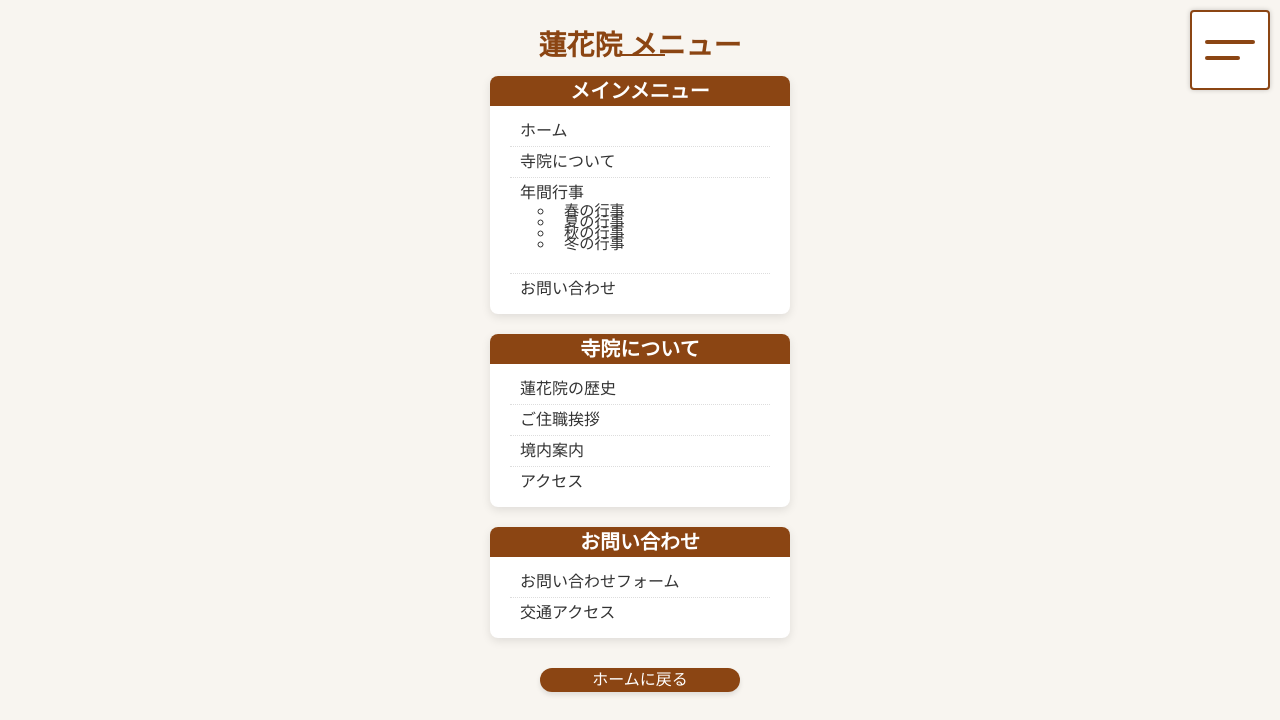
Repository: owl-onoueip/rengein-website
Page: menu.html
An editor plug-in stored every save of this project. The page is shown before and after the next save, followed by the edit.
The browser window is 1280 px wide. The pictures show the whole page.
Some web fonts or font styles are not loaded; a fallback is used.

Above is the page before, as saved 2025-03-09 16:41:57.

### menu.html
<!DOCTYPE html>
<html lang="ja">

<head>
    <meta charset="UTF-8">
    <meta name="viewport" content="width=device-width, initial-scale=1.0">
    <title>メニュー - 蓮花院</title>
    <link rel="stylesheet" href="css/style.css">
    <style>
        body {
            font-family: "ヒラギノ明朝 Pro W3", "Hiragino Mincho Pro", "游明朝", YuMincho, "MS P明朝", "MS PMincho", serif;
            margin: 0;
            padding: 0;
            background-color: #f8f5f0;
            color: #333;
            min-height: 100vh;
            display: flex;
            flex-direction: column;
            justify-content: center;
        }

        .menu-container {
            max-width: 1200px;
            margin: 0 auto;
            padding: 20px;
        }

        h1 {
            text-align: center;
            color: #8b4513;
            margin-bottom: 30px;
            font-size: 28px;
            position: relative;
        }

        h1:after {
            content: "";
            display: block;
            width: 50px;
            height: 2px;
            background-color: #8b4513;
            position: absolute;
            bottom: -10px;
            left: 50%;
            transform: translateX(-50%);
        }

        .menu-grid {
            display: grid;
            grid-template-columns: repeat(auto-fit, minmax(300px, 1fr));
            gap: 20px;
            margin-bottom: 30px;
        }

        .menu-card {
            background: #fff;
            border-radius: 8px;
            box-shadow: 0 3px 10px rgba(0, 0, 0, 0.1);
            overflow: hidden;
            transition: transform 0.3s, box-shadow 0.3s;
        }

        .menu-card:hover {
            transform: translateY(-5px);
            box-shadow: 0 5px 15px rgba(0, 0, 0, 0.15);
        }

        .menu-header {
            background-color: #8b4513;
            color: #fff;
            padding: 15px;
            text-align: center;
        }

        .menu-header h2 {
            margin: 0;
            font-size: 20px;
        }

        .menu-content {
            padding: 20px;
        }

        .menu-list {
            list-style: none;
            padding: 0;
            margin: 0;
        }

        .menu-list li {
            margin-bottom: 10px;
            border-bottom: 1px dotted #ddd;
            padding-bottom: 10px;
        }

        .menu-list li:last-child {
            margin-bottom: 0;
            border-bottom: none;
            padding-bottom: 0;
        }

        .menu-list a {
            display: block;
            color: #333;
            text-decoration: none;
            padding: 5px 10px;
            border-radius: 3px;
            transition: all 0.3s;
            position: relative;
        }

        .menu-list a:after {
            content: "›";
            position: absolute;
            right: 10px;
            opacity: 0;
            transition: opacity 0.3s, transform 0.3s;
        }

        .menu-list a:hover {
            background-color: rgba(255, 223, 0, 0.2);
            padding-left: 15px;
        }

        .menu-list a:hover:after {
            opacity: 1;
            transform: translateX(5px);
        }

        .sub-menu {
            padding-left: 20px;
            margin-top: 10px;
        }

        .sub-menu li {
            margin-bottom: 5px;
            border-bottom: none;
            padding-bottom: 0;
        }

        .sub-menu a {
            font-size: 0.95em;
            padding: 3px 10px;
        }

        .back-button {
            display: block;
            text-align: center;
            width: 200px;
            margin: 0 auto;
            background-color: #8b4513;
            color: #fff;
            padding: 12px 20px;
            border-radius: 30px;
            text-decoration: none;
            transition: all 0.3s;
            box-shadow: 0 3px 5px rgba(0, 0, 0, 0.1);
        }

        .back-button:hover {
            background-color: #6d3611;
            transform: translateY(-2px);
            box-shadow: 0 5px 10px rgba(0, 0, 0, 0.15);
        }

        /* メニューボタンのスタイル */
        #menubar_hdr {
            display: block !important;
            position: fixed !important;
            z-index: 9999 !important;
            top: 10px !important;
            right: 10px !important;
            width: 80px !important;
            height: 80px !important;
            background: #fff !important;
            border: 2px solid #8b4513 !important;
            border-radius: 4px !important;
            box-shadow: 0 0 5px rgba(0, 0, 0, 0.2) !important;
            cursor: pointer !important;
            transition: all 0.3s ease !important;
        }

        #menubar_hdr:hover {
            background-color: rgba(139, 69, 19, 0.1) !important;
            transform: translateY(-3px) !important;
            box-shadow: 0 5px 10px rgba(0, 0, 0, 0.2) !important;
        }

        .menu-icon {
            width: 50px !important;
            height: 50px !important;
            position: absolute !important;
            top: 50% !important;
            left: 50% !important;
            transform: translate(-50%, -50%) !important;
        }

        .menu-icon span {
            display: block !important;
            position: absolute !important;
            width: 100% !important;
            height: 4px !important;
            background-color: #8b4513 !important;
            border-radius: 4px !important;
            transition: all 0.3s ease !important;
        }

        .menu-icon span:nth-child(1) {
            top: 15px !important;
        }

        .menu-icon span:nth-child(2) {
            width: 70% !important;
            bottom: 15px !important;
        }

        #menubar_hdr:hover .menu-icon span:nth-child(2) {
            width: 100% !important;
        }

        /* レスポンシブ対応 */
        @media (max-width: 768px) {
            .menu-grid {
                grid-template-columns: 1fr;
            }

            .menu-card {
                margin-bottom: 15px;
            }
        }
    </style>
</head>

<body>
    <div class="menu-container">
        <h1>蓮花院 メニュー</h1>

        <div class="menu-grid">
            <div class="menu-card">
                <div class="menu-header">
                    <h2>メインメニュー</h2>
                </div>
                <div class="menu-content">
                    <ul class="menu-list">
                        <li><a href="index.html">ホーム</a></li>
                        <li><a href="about.html">寺院について</a></li>
                        <li>
                            <a href="events.html">年間行事</a>
                            <ul class="sub-menu">
                                <li><a href="events.html#spring">春の行事</a></li>
                                <li><a href="events.html#summer">夏の行事</a></li>
                                <li><a href="events.html#autumn">秋の行事</a></li>
                                <li><a href="events.html#winter">冬の行事</a></li>
                            </ul>
                        </li>
                        <li><a href="contact.html">お問い合わせ</a></li>
                    </ul>
                </div>
            </div>

            <div class="menu-card">
                <div class="menu-header">
                    <h2>寺院について</h2>
                </div>
                <div class="menu-content">
                    <ul class="menu-list">
                        <li><a href="about.html#history">蓮花院の歴史</a></li>
                        <li><a href="about.html#message">ご住職挨拶</a></li>
                        <li><a href="about.html#temple-grounds">境内案内</a></li>
                        <li><a href="about.html#access">アクセス</a></li>
                    </ul>
                </div>
            </div>

            <div class="menu-card">
                <div class="menu-header">
                    <h2>お問い合わせ</h2>
                </div>
                <div class="menu-content">
                    <ul class="menu-list">
                        <li><a href="contact.html#form">お問い合わせフォーム</a></li>
                        <li><a href="contact.html#access">交通アクセス</a></li>
                    </ul>
                </div>
            </div>
        </div>

        <a href="index.html" class="back-button">ホームに戻る</a>
    </div>

    <!--ハンバーガーメニュー-->
    <a href="index.html">
        <div id="menubar_hdr">
            <div class="menu-icon">
                <span></span>
                <span></span>
            </div>
        </div>
    </a>

    <script src="https://ajax.googleapis.com/ajax/libs/jquery/3.6.0/jquery.min.js"></script>
    <script src="js/main.js"></script>
</body>

</html>

### css/inview.css
@charset "utf-8";



/*up,down,transform1,transform2の共通設定
（待機中の設定）
---------------------------------------------------------------------------*/
.up, .down, .transform1, .transform2 {
	position: relative;
	opacity: 0;		/*透明度（透明の状態）*/
}


/*up,down,transform1,transform2の共通設定
（要素が見えたら実行するアクションの設定）
---------------------------------------------------------------------------*/
.upstyle, .downstyle, .transform1style, .transform2style {
	opacity: 1;				/*透明度（色が100%出た状態）*/
	transition: 1s 0.5s;	/*1sはアニメーションの実行時間1.5秒。0.5sは0.5秒遅れてスタートする指定。*/
}


/*upスタイル。下から上にフェードインしてくるスタイル
---------------------------------------------------------------------------*/
/*待機中の設定*/
.up {
	bottom: -20px;	/*基準値の下20pxの場所からスタート*/
}

/*要素が見えたら実行するアクション*/
.upstyle {
	bottom: 0px;	/*基準値まで戻す*/
}


/*downスタイル。上から下にフェードインしてくるスタイル
---------------------------------------------------------------------------*/
/*待機中の設定*/
.down {
	top: -20px;	/*基準値の上20pxの場所からスタート*/
}

/*要素が見えたら実行するアクション*/
.downstyle {
	top: 0px;	/*基準値まで戻す*/
}


/*transform1スタイル。その場で回転するスタイル
---------------------------------------------------------------------------*/
/*待機中の設定*/
.transform1 {
	transform: scaleX(0);	/*幅を0%でスタート*/
}

/*要素が見えたら実行するアクション*/
.transform1style {
	transform: scaleX(1);	/*幅を100%に戻す*/
}


/*transform2スタイル。倒れた状態から起き上がるスタイル
---------------------------------------------------------------------------*/
/*待機中の設定*/
.transform2 {
	transform: perspective(400px) translateZ(-70px) rotateX(50deg);
}

/*要素が見えたら実行するアクション*/
.transform2style {
	transform: perspective(400px) translateZ(0px) rotateX(0deg);
}


/*blurスタイル。ぼかしで出現するスタイル。
---------------------------------------------------------------------------*/
/*待機中の設定*/
.blur {
	opacity: 0;	/*透明度（透明の状態）*/
	filter: blur(30px);
	transform: scale(1.03);
}

/*要素が見えたら実行するアクション*/
.blurstyle {
	opacity: 1;
	filter: blur(0);
	transform: scale(1);
	transition: 1s 0.5s;
}


/*transform3スタイル。小さなサイズから原寸大になるスタイル
---------------------------------------------------------------------------*/
/*キーフレーム（アニメーション）設定*/
@keyframes transform3 {
0% {
	transform: scale(0);
}
50% {
	transform: scale(1.05);
}
70% {
	transform: scale(0.99);
}
100% {
	transform: scale(1);
}
}

/*待機中の設定*/
.transform3 {
	transform: scale(0);
}

/*要素が見えたら実行するアクション*/
.transform3style {
	animation: transform3 0.8s ease-out 0.5s both;
}

Loaded but not shown: js/main.js (54 lines, source omitted); css/style.css (1465 lines, source omitted)

After the next save:
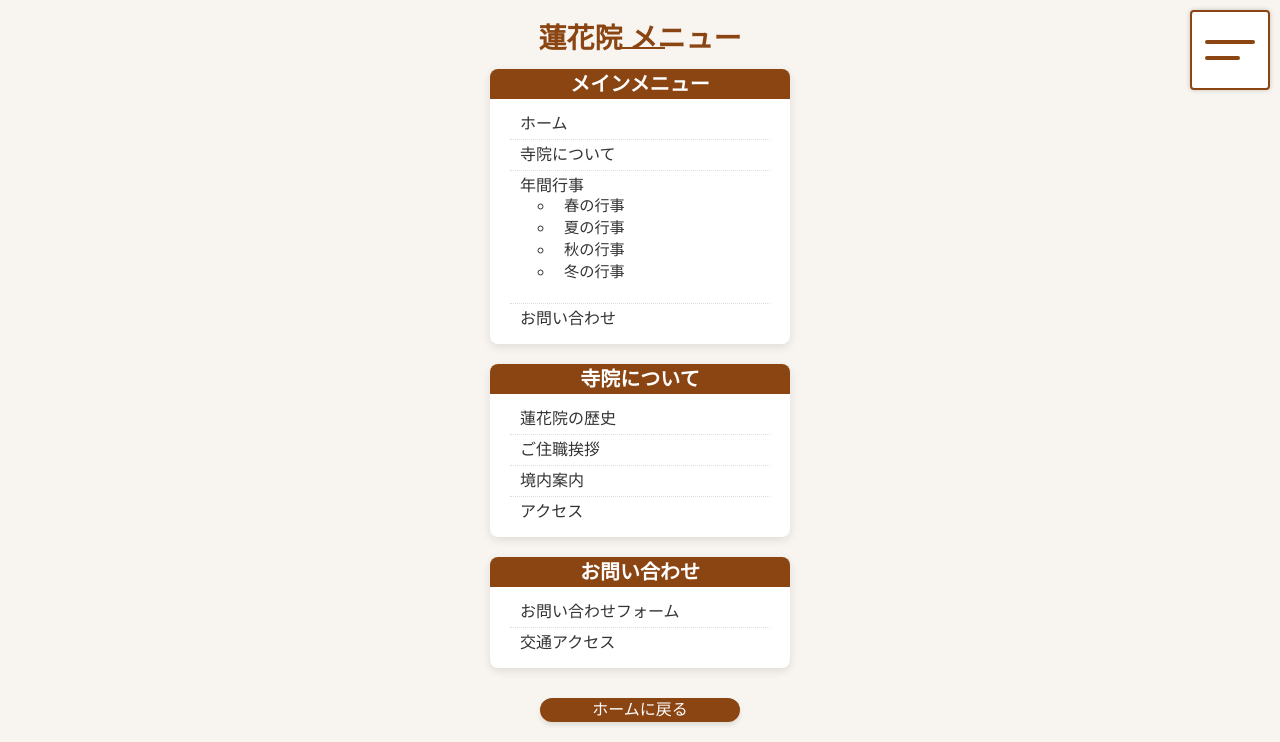
Saved 16 h 16 min later.
--- a/menu.html
+++ b/menu.html
@@ -133,14 +133,14 @@
         }
 
         .sub-menu li {
-            margin-bottom: 5px;
+            margin-bottom: 12px;
             border-bottom: none;
             padding-bottom: 0;
         }
 
         .sub-menu a {
             font-size: 0.95em;
-            padding: 3px 10px;
+            padding: 5px 10px;
         }
 
         .back-button {
